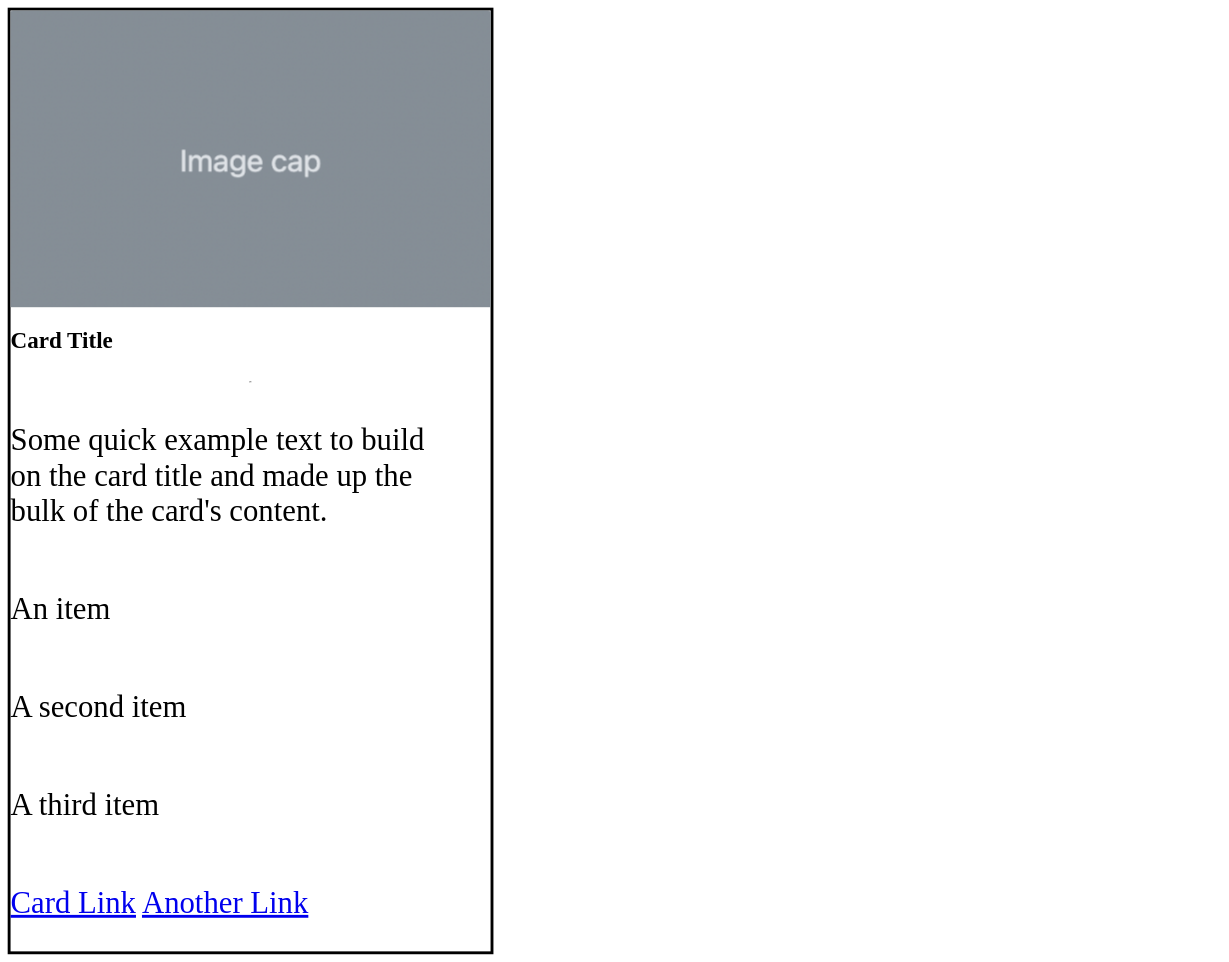
Repository: tr2cky/nav
Page: card.html
These files come from the project's save history. The page is drawn as it stood at one moment and after the next save; the edit follows.
The browser window is 1280 px wide. The pictures show the whole page, at 96% of full size.

Above is the page before, as saved 2022-09-27 16:16:24.

### card.html
<!DOCTYPE html>
<html lang="en">

<head>
    <meta charset="UTF-8">
    <meta http-equiv="X-UA-Compatible" content="IE=edge">
    <meta name="viewport" content="width=device-width, initial-scale=1.0">
    <title>Document</title>
    <link rel="stylesheet" href="style.css">
</head>

<body>
    <article class="container">
        <img src="imagecap.png" alt="Image Cap">
        <h2>Card Title</h2>
        <hr>
        <p>Some quick example text to build <br>
            on the card title and made up the <br>
            bulk of the card's content.</p>
        <p>An item</p>
        <p>A second item</p>
        <p>A third item</p>
        <p><a href="https://google.com">Card Link</a> <a href="https://twitter.com">Another Link</a></p>
    </article>
</body>

</html>

### style.css
.container {
    display: flex;
    flex-direction: column;
    border: 3px solid black;
    max-width: 500px;
    gap: 1px;
}
.container > img {
    width: 500px;
}
.container > p {
    font-size: 2rem;
    border-bottom: 2px;
}

After the next save:
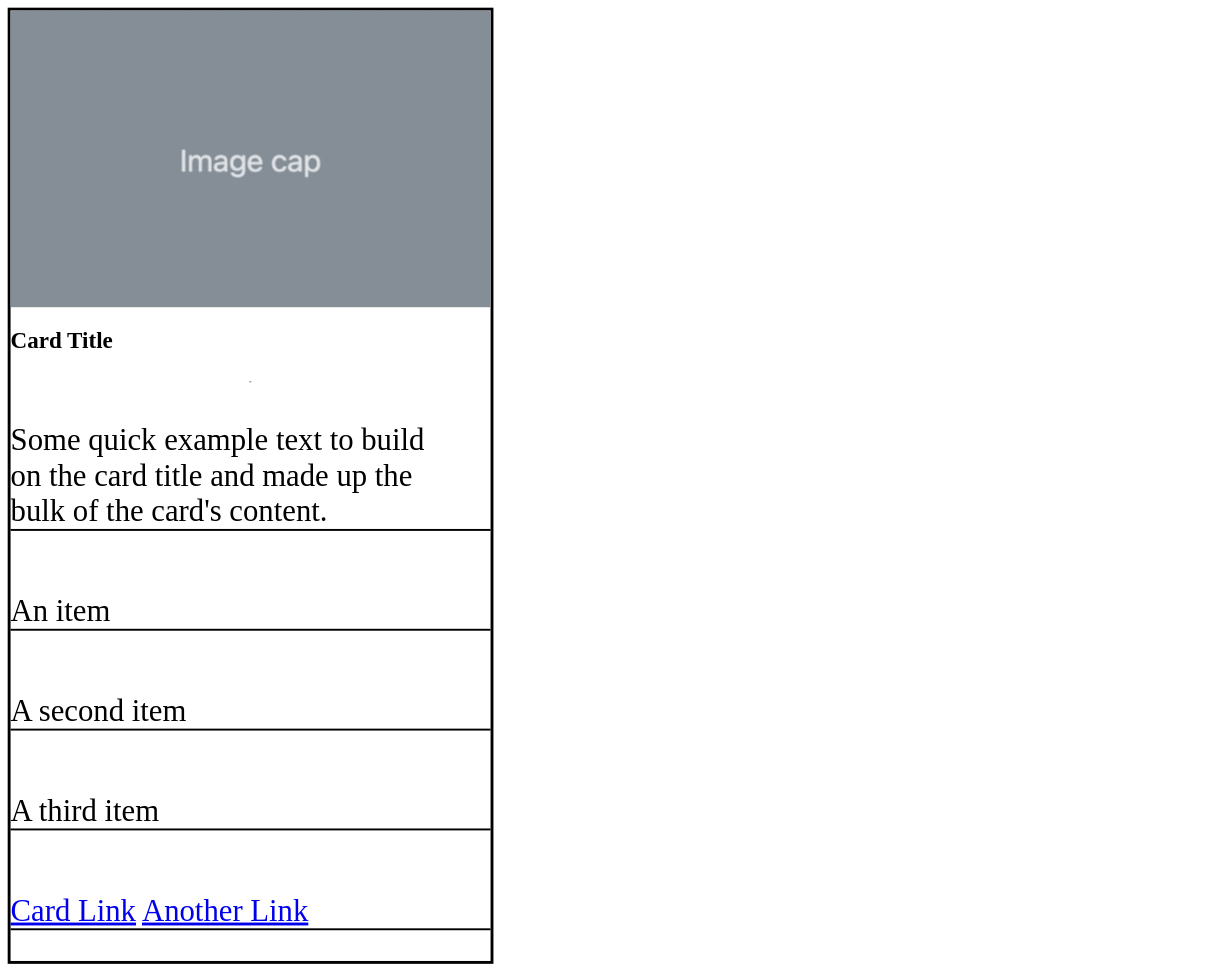
Saved 13 s later.
--- a/style.css
+++ b/style.css
@@ -10,5 +10,5 @@
 }
 .container > p {
     font-size: 2rem;
-    border-bottom: 2px;
+    border-bottom: 2px solid black;
 }
